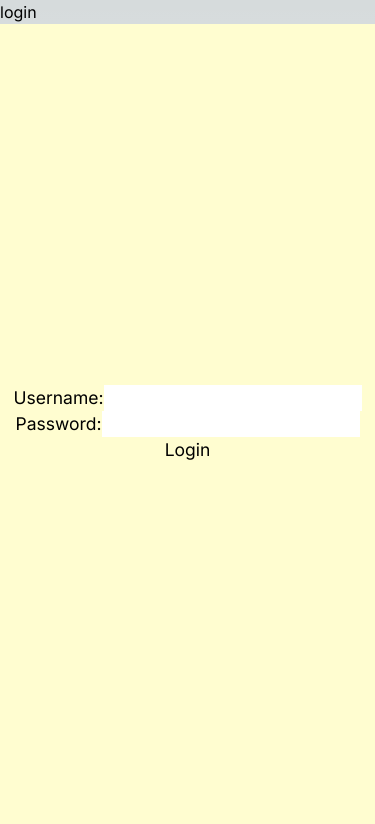
Repository: tech-keno/strawhatsvit
Page: /login (app in frontend/)
An editor plug-in stored every save of this project. The page is shown before and after the next save, followed by the edit.
The browser window is 375 px wide. The pictures show the whole page.
The project was rebuilt for these pictures with package versions that can differ from the ones it lists, and the page was loaded fresh each time. The framework's server and built-in components were replaced by stand-ins that run in the browser. Also part of the build but not shown: frontend/next.config.js, frontend/next.config.mjs.

Above is the page before, as saved 2024-09-05 15:20:31.

After the next save:
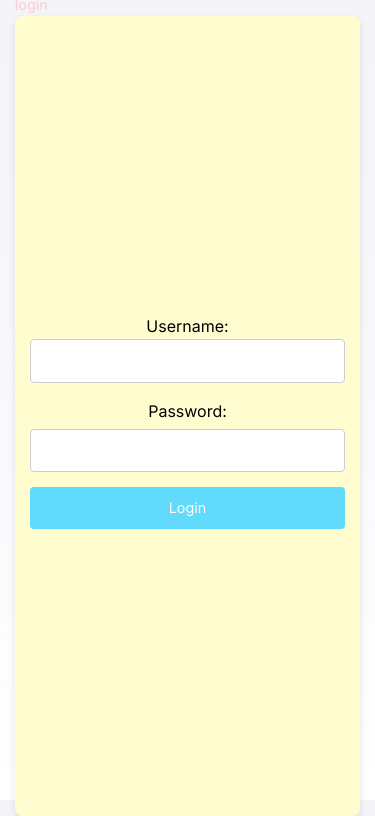
Saved 42 s later.
--- a/frontend/src/app/login/login.css
+++ b/frontend/src/app/login/login.css
@@ -10,6 +10,99 @@
 @media (prefers-reduced-motion: no-preference) {
   .App-logo {
     animation: App-logo-spin infinite 20s linear;
+  }
+}
+/* General styling */
+body {
+  font-family: Arial, sans-serif;
+  background-color: #f4f4f9;
+  margin: 0;
+  padding: 0;
+  display: flex;
+  justify-content: center;
+  align-items: center;
+  height: 100vh;
+}
+
+/* Container for the login form */
+.App {
+  text-align: center;
+}
+
+.App-header {
+  background-color: #282c34;
+  padding: 20px;
+  border-radius: 8px;
+  box-shadow: 0 4px 8px rgba(0, 0, 0, 0.1);
+  width: 300px;
+  color: white;
+}
+
+/* Form inputs and buttons */
+form {
+  display: flex;
+  flex-direction: column;
+  gap: 15px;
+  margin-top: 20px;
+}
+
+label {
+  font-size: 1rem;
+  margin-bottom: 5px;
+  text-align: left;
+}
+
+input {
+  padding: 10px;
+  border: 1px solid #ccc;
+  border-radius: 4px;
+  font-size: 1rem;
+  width: 100%;
+}
+
+input[type="password"] {
+  margin-top: 5px;
+}
+
+button {
+  padding: 10px;
+  background-color: #61dafb;
+  color: white;
+  border: none;
+  border-radius: 4px;
+  font-size: 1rem;
+  cursor: pointer;
+}
+
+button:hover {
+  background-color: #21a1f1;
+}
+
+p {
+  margin-top: 10px;
+  font-size: 0.9rem;
+  color: #ffcccb;
+}
+
+/* Logo Styling */
+.App-logo {
+  height: 80px;
+  margin: 20px 0;
+}
+
+/* Responsive */
+@media (max-width: 400px) {
+  .App-header {
+    width: 100%;
+    padding: 15px;
+  }
+
+  input {
+    font-size: 0.9rem;
+  }
+
+  button {
+    font-size: 0.9rem;
   }
 }
 

After the save that followed:
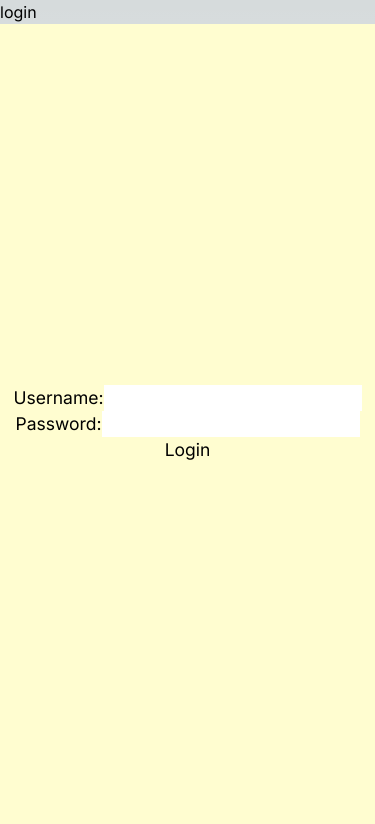
Saved 7 s later.
--- a/frontend/src/app/login/login.css
+++ b/frontend/src/app/login/login.css
@@ -10,99 +10,6 @@
 @media (prefers-reduced-motion: no-preference) {
   .App-logo {
     animation: App-logo-spin infinite 20s linear;
-  }
-}
-/* General styling */
-body {
-  font-family: Arial, sans-serif;
-  background-color: #f4f4f9;
-  margin: 0;
-  padding: 0;
-  display: flex;
-  justify-content: center;
-  align-items: center;
-  height: 100vh;
-}
-
-/* Container for the login form */
-.App {
-  text-align: center;
-}
-
-.App-header {
-  background-color: #282c34;
-  padding: 20px;
-  border-radius: 8px;
-  box-shadow: 0 4px 8px rgba(0, 0, 0, 0.1);
-  width: 300px;
-  color: white;
-}
-
-/* Form inputs and buttons */
-form {
-  display: flex;
-  flex-direction: column;
-  gap: 15px;
-  margin-top: 20px;
-}
-
-label {
-  font-size: 1rem;
-  margin-bottom: 5px;
-  text-align: left;
-}
-
-input {
-  padding: 10px;
-  border: 1px solid #ccc;
-  border-radius: 4px;
-  font-size: 1rem;
-  width: 100%;
-}
-
-input[type="password"] {
-  margin-top: 5px;
-}
-
-button {
-  padding: 10px;
-  background-color: #61dafb;
-  color: white;
-  border: none;
-  border-radius: 4px;
-  font-size: 1rem;
-  cursor: pointer;
-}
-
-button:hover {
-  background-color: #21a1f1;
-}
-
-p {
-  margin-top: 10px;
-  font-size: 0.9rem;
-  color: #ffcccb;
-}
-
-/* Logo Styling */
-.App-logo {
-  height: 80px;
-  margin: 20px 0;
-}
-
-/* Responsive */
-@media (max-width: 400px) {
-  .App-header {
-    width: 100%;
-    padding: 15px;
-  }
-
-  input {
-    font-size: 0.9rem;
-  }
-
-  button {
-    font-size: 0.9rem;
   }
 }
 
